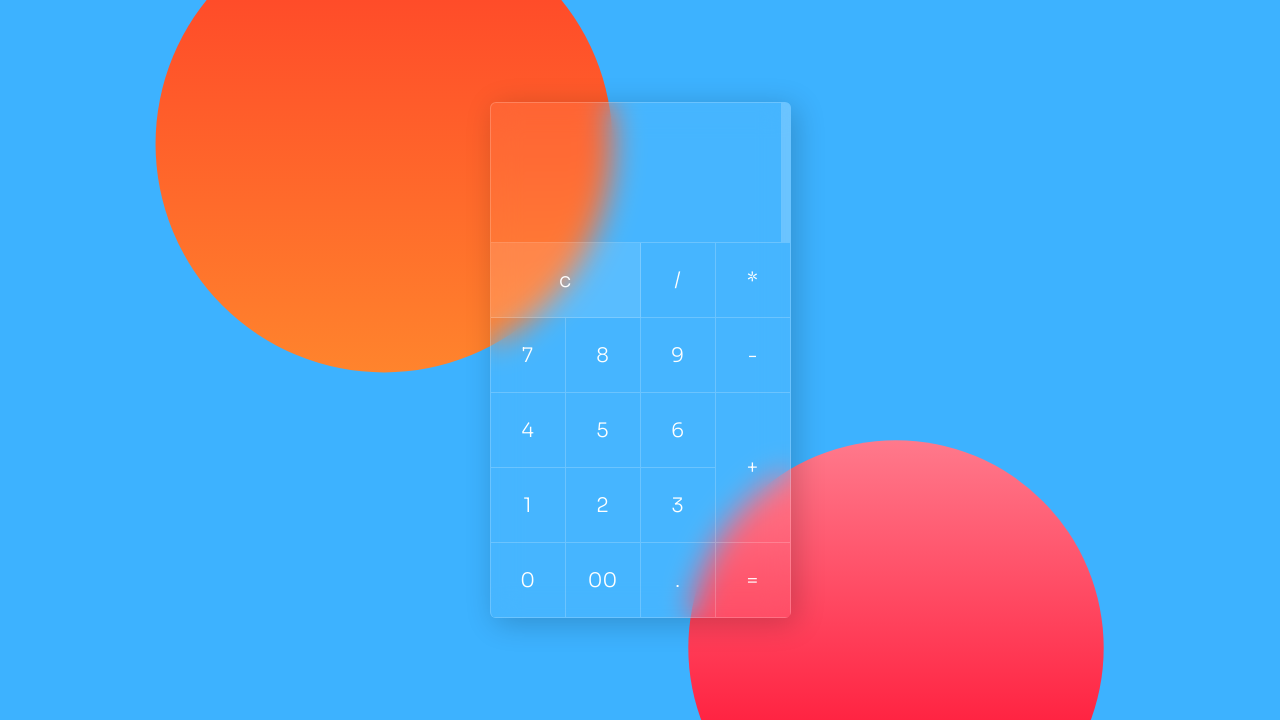
Repository: tharunkumaar404/Glass-Calci
Page: index.html
The author's editor kept a copy of each file at every save. The page is drawn from the files as they stood at one save, then again after the next save.
The browser window is 1280 px wide. The pictures show the whole page.

Above is the page before, as saved 2021-08-26 15:07:28.

After the next save:
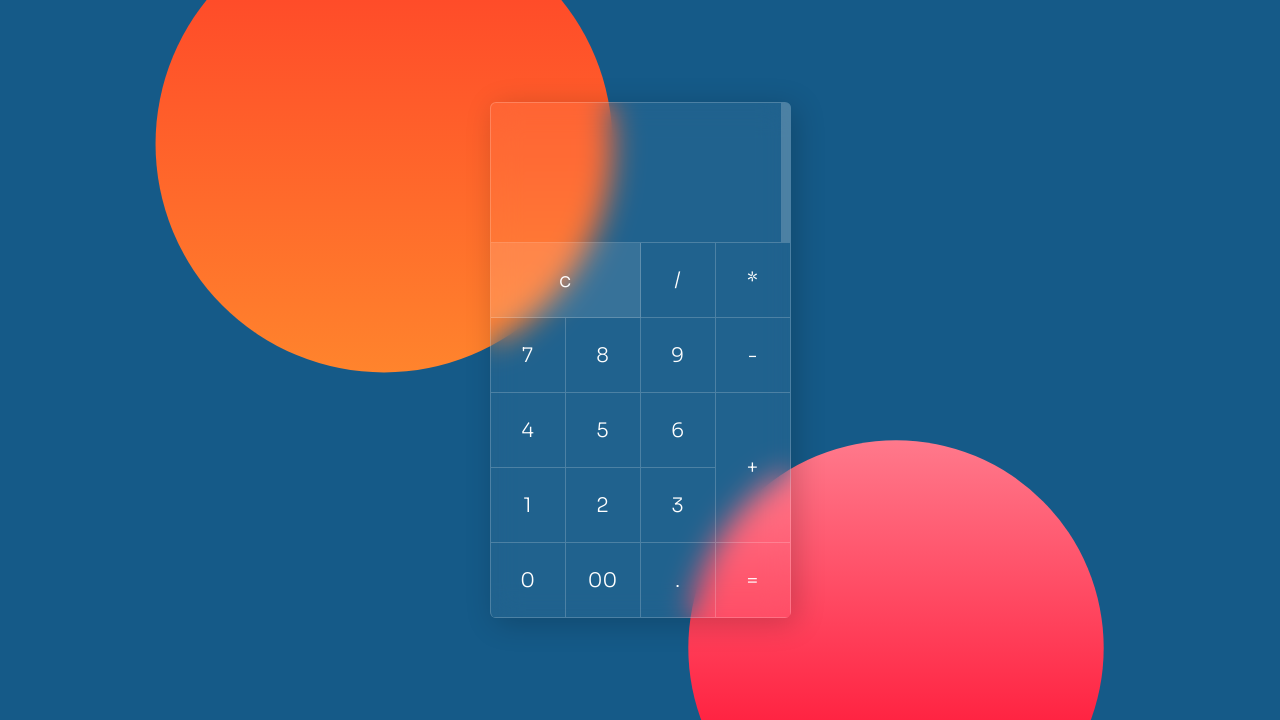
Saved 20 s later.
--- a/styles.css
+++ b/styles.css
@@ -12,7 +12,7 @@
 justify-content: center;
 align-items: center;
 min-height: 100vh;
-background: #3DB2FF;
+background: #155a88;
 }
 
 body::before{

After the save that followed:
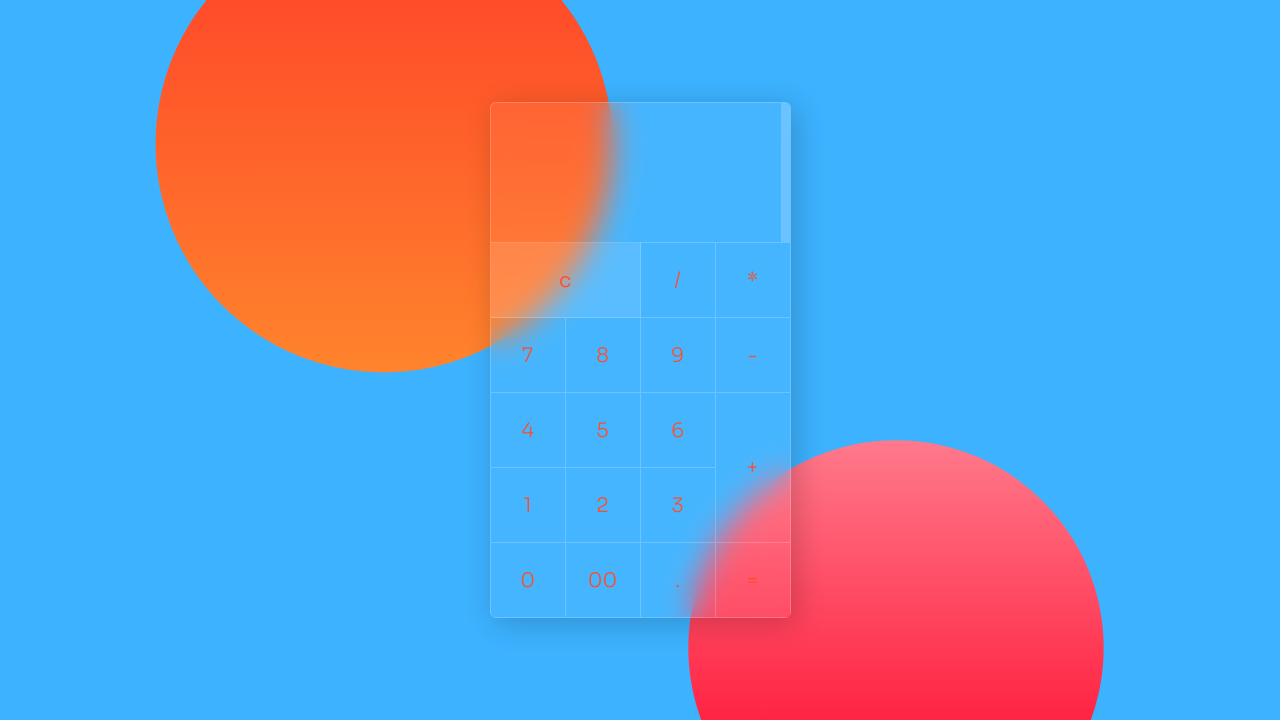
Saved 17 s later.
--- a/styles.css
+++ b/styles.css
@@ -12,7 +12,7 @@
 justify-content: center;
 align-items: center;
 min-height: 100vh;
-background: #155a88;
+background: #3DB2FF;
 }
 
 body::before{
@@ -76,7 +76,7 @@
     place-items:center;
     height: 75px;
     width:75px;
-    color: #fff;
+    color: #FF4C29;
     cursor:pointer;
     font-weight:400;
     font-size:20px;
